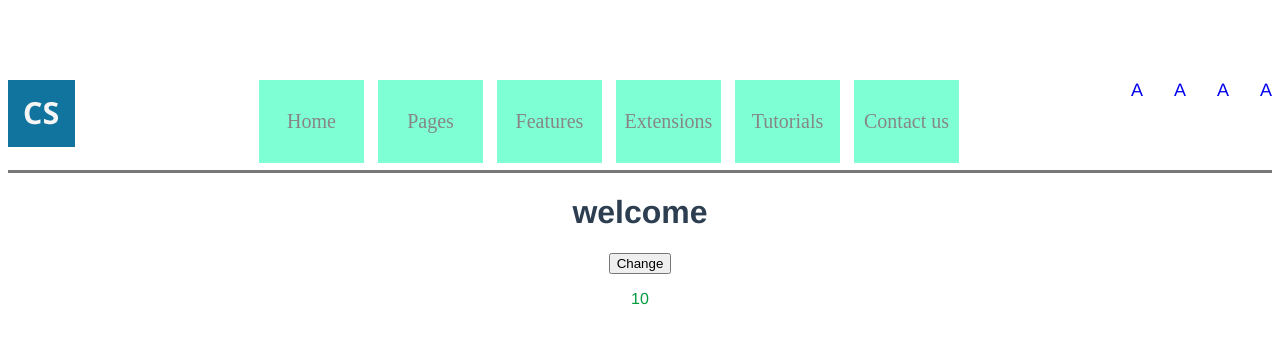
Repository: joker506/Creatives
Page: /
An editor plug-in stored every save of this project. The page is shown before and after the next save, followed by the edit.
The browser window is 1280 px wide. The pictures show the whole page.
The project was rebuilt for these pictures with package versions that can differ from the ones it lists, and the page was loaded fresh each time.

Above is the page before, as saved 2020-03-29 18:02:23.

### src/App.vue
<template>
  <div id="app">
<HeaderApp />

    <HelloWorld
    @clicks="clickUp($event)"
       :msg=msg
       :counter=counter />
  </div>
</template>

<script>
import HelloWorld from './components/HelloWorld.vue'
import HeaderApp from './components/HeaderApp.vue'

export default {
  name: 'App',
  data(){
    return{
    msg:"welcome",
    counter:10
    }
  },
  components: {
    HelloWorld,
    HeaderApp
  },
  methods:{
    clickUp(event){
      console.log("click")
      this.counter=event
    }
  }
}
</script>

<style>
#app {
  font-family: Avenir, Helvetica, Arial, sans-serif;
  -webkit-font-smoothing: antialiased;
  -moz-osx-font-smoothing: grayscale;
  text-align: center;
  color: #2c3e50;
  margin-top: 60px;
}
</style>

### src/components/HelloWorld.vue
<template>
  <div class="hello">
    <h1>{{ msg }} </h1>
   <button @click="clickDown">Change</button>
   <p>{{counter}}</p>
  </div>
</template>

<script>
export default {
  name: 'HelloWorld',
  props: {
    msg: String,
    counter:Number

  },
  methods:{
    clickDown(){
      console.log("Your Click!")
      this.$emit("clicks",this.counter+1)

    }
  }
}
</script>

<style scoped>
h3 {
  margin: 40px 0 0;
}
ul {
  list-style-type: none;
  padding: 0;
}
li {
  display: inline-block;
  margin: 0 10px;
}
a {
  color: #42b983;
}
p{
  color:rgb(3, 156, 62);
}
</style>

### src/components/HeaderApp.vue
<template>

<header class="header">

<div class="header__top">
<a class="logo" href="#">
    <img src="src/assets/logo1.png" alt="logo">
</a>

<nav class="main-nav">
    <ul class="main-nav__items">
        <li class="item">
            <a href="#">Home</a> </li>
        <li class="item">
            <a href="#">Pages</a> </li>
        <li class="item">
            <a href="#">Features</a> </li>
        <li class="item">
            <a href="#">Extensions</a> </li>
        <li class="item">
            <a href="#">Tutorials</a> </li>
        <li class="item">
            <a href="#">Contact us</a> </li>
    </ul>
</nav>

<div class="social">
    <ul class="social__items">
        <li class="social__item"><a href="#">A</a></li>
        <li class="social__item"><a href="#">A</a></li>
        <li class="social__item"><a href="#">A</a></li>
        <li class="social__item"><a href="#">A</a></li>
    </ul>
</div>

</div>
<div class="header__main">


</div>


</header>

</template>

<script>
export default {
    name:'HeaderApp',

}
</script>

<style lang="scss">
.header{
    margin: 0;
    padding: 0;
    padding-top: 20px;
    font-size: 18px;
    //background-image: url('src/assets/Layer96.jpg');
    background-repeat: no-repeat;
}

.header__top{
    display: flex;
    justify-content: space-between;
    width: 100%;
    height: 90px;
    border-bottom: 3px solid hsla(0, 0%, 47%, 1);;

}
.wrapper{
    width: 1100px;
}
.logo {
    list-style: none;
    cursor: pointer;
    color: #000000 ;
    &>img{
    width:79px;
    height:75px;
    }
}

.main-nav{
//border: 1px solid greenyellow;
}
.main-nav__items{
padding: 0;
margin: 0;
display: flex;
justify-content: space-between;
 width: 700px;
height: 85px;
}
.item{
    width: 105px;
    height: 83px;
    list-style: none;
    font-family: "Myriad Pro";
    font-size: 20px;
    font-weight: 400;
    color: #ffffff;
    background-color:aquamarine;
    &:hover{
        border-bottom: 6px solid #11749e;
    }
    &>a{
        display: block;
        margin-top: 30px;
        height: 50px;
        text-decoration: none;
        color: #868686;
    &:hover{
        color: blue;
    }

    }
}
.social{
width: 141px;
}
.social__items{margin: 0;
padding: 0;
    display: flex;
    justify-content: space-between;
    list-style: none;
}

.social__item{
}
.social__item>a{
    text-decoration: none;
}

</style>

Loaded but not shown: public/index.html (common file); src/main.js (common file)

After the next save:
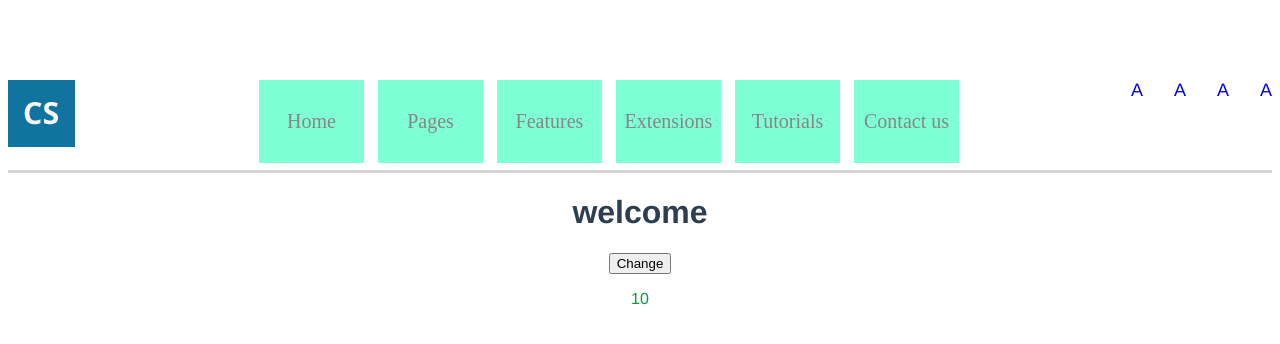
Saved 51 s later.
--- a/src/components/HeaderApp.vue
+++ b/src/components/HeaderApp.vue
@@ -66,7 +66,7 @@ export default {
     justify-content: space-between;
     width: 100%;
     height: 90px;
-    border-bottom: 3px solid hsla(0, 0%, 47%, 1);;
+    border-bottom: 3px solid hsla(0, 0%, 47%, 0.3);;
 
 }
 .wrapper{
